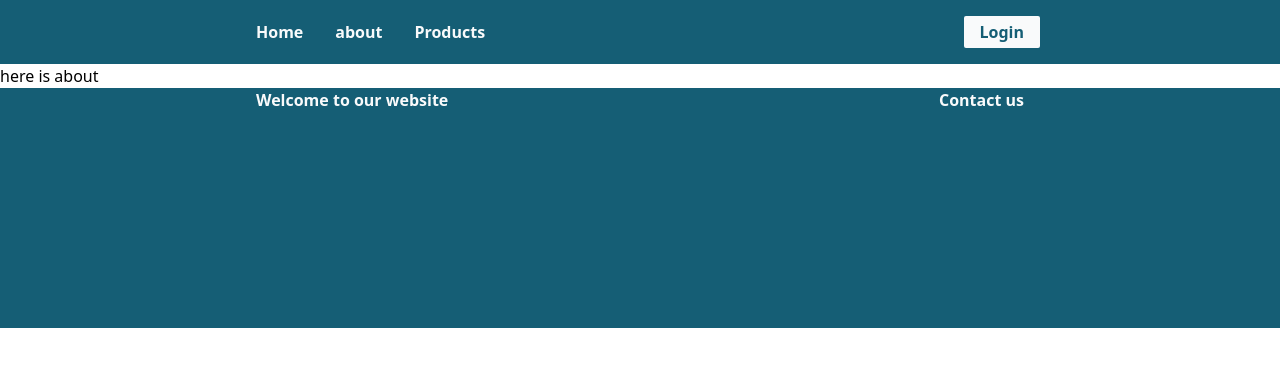
Repository: Sanaa00/svelte-test
Page: /About
An editor plug-in stored every save of this project. The page is shown before and after the next save, followed by the edit.
The browser window is 1280 px wide. The pictures show the whole page.
The project was rebuilt for these pictures with package versions that can differ from the ones it lists, and the page was loaded fresh each time. The framework's server and built-in components were replaced by stand-ins that run in the browser. Also part of the build but not shown: svelte.config.js, vite.config.js.

Above is the page before, as saved 2024-12-09 20:19:24.

After the next save:
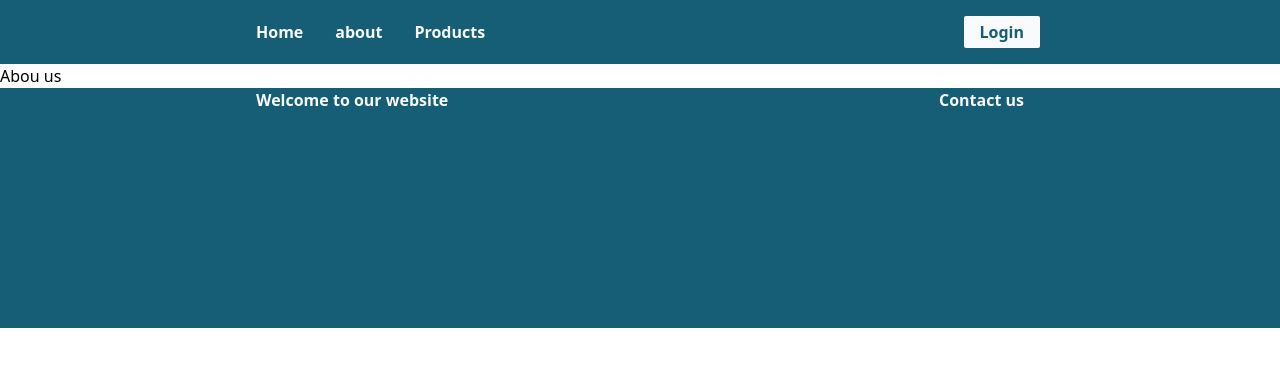
Saved 23 h 12 min later.
--- a/src/routes/About/+page.svelte
+++ b/src/routes/About/+page.svelte
@@ -1 +1,3 @@
-here is about
+<div>
+	<p>Abou us</p>
+</div>
